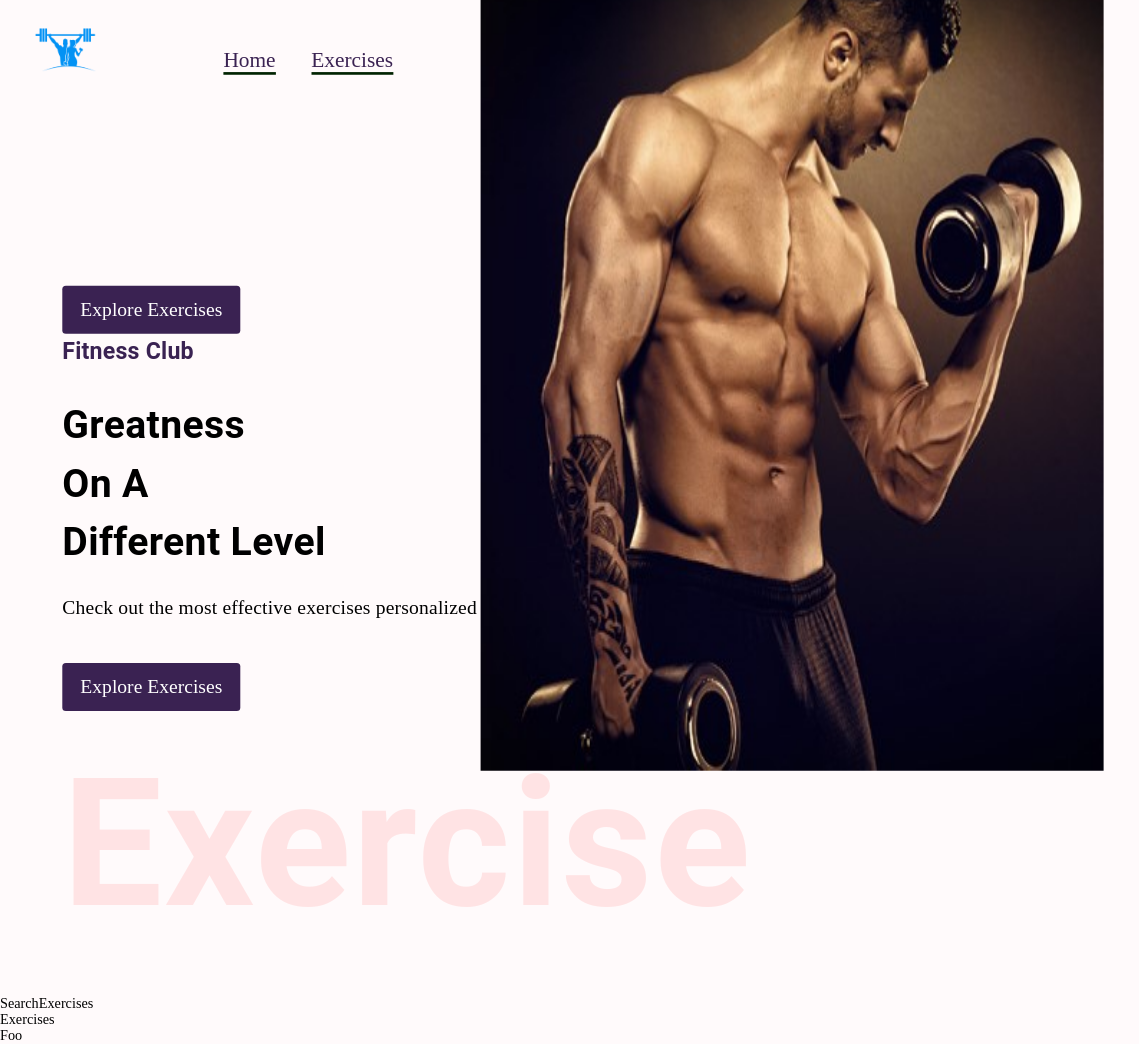
Repository: MhlengiNgubane/Workout-App
Page: /
These files come from the project's save history. The page is drawn as it stood at one moment and after a run of saves; the edit follows.
The browser window is 1280 px wide. The pictures show the whole page, at 89% of full size.
The project was rebuilt for these pictures with package versions that can differ from the ones it lists, and the page was loaded fresh each time. Also part of the build but not shown: src/pages/ExerciseDetail.js.

Above is the page before, as saved 2022-08-01 08:59:42.

### public/index.html
<!DOCTYPE html>
<html lang="en">
  <head>
    <meta charset="utf-8" />
    <link rel="icon" href="%PUBLIC_URL%/favicon.ico" />
    <meta name="viewport" content="width=device-width, initial-scale=1" />
    <meta name="theme-color" content="#000000" />
    <meta
      name="description"
      content="Web site created using create-react-app"
    />
    <link rel="apple-touch-icon" href="%PUBLIC_URL%/logo192.png" />
    <!--
      manifest.json provides metadata used when your web app is installed on a
      user's mobile device or desktop. See https://developers.google.com/web/fundamentals/web-app-manifest/
    -->
    <link rel="manifest" href="%PUBLIC_URL%/manifest.json" />
    <!--
      Notice the use of %PUBLIC_URL% in the tags above.
      It will be replaced with the URL of the `public` folder during the build.
      Only files inside the `public` folder can be referenced from the HTML.

      Unlike "/favicon.ico" or "favicon.ico", "%PUBLIC_URL%/favicon.ico" will
      work correctly both with client-side routing and a non-root public URL.
      Learn how to configure a non-root public URL by running `npm run build`.
    -->
    <title>MSN GYM</title>
  </head>
  <body>
    <noscript>You need to enable JavaScript to run this app.</noscript>
    <div id="root"></div>
    <!--
      This HTML file is a template.
      If you open it directly in the browser, you will see an empty page.

      You can add webfonts, meta tags, or analytics to this file.
      The build step will place the bundled scripts into the <body> tag.

      To begin the development, run `npm start` or `yarn start`.
      To create a production bundle, use `npm run build` or `yarn build`.
    -->
  </body>
</html>

### src/index.js
import React from 'react';
import ReactDOM from 'react-dom';
import App from './App';
import { BrowserRouter } from 'react-router-dom';

const root = ReactDOM.createRoot(document.getElementById('root'));

root.render(
    <React.StrictMode>
      <BrowserRouter>
        <App />
      </BrowserRouter>
    </React.StrictMode>,
  );

### src/components/Navbar.js
import React from 'react';
import { Link } from 'react-router-dom';
import { Stack } from '@mui/material';
import Logo from '../assets/images/Logo.png';

const Navbar = () => (
    <Stack direction="row" justifyContent="space-around" sx={{ gap: { sm: '123px', xs: '40px' }, mt: { sm: '32px', xs: '20px' }, justifyContent: 'none' }} px="20px">
        <Link to="/">
            <img src={Logo} alt="logo" style={{ width: '68px', height: '48px', margin: '0px 20px' }} />
        </Link>
        <Stack
            direction="row"
            gap="40px"
            fontFamily="Alegreya"
            fontSize="24px"
            alignItems="flex-end"
        >
            <Link to="/" style={{ textDecoration: 'none', color: '#3A2252', borderBottom: '3px solid #002300' }}>Home</Link>
            <a href="exercises" style={{ textDecoration: 'none', color: '#3A2252', borderBottom: '3px solid #002300' }}>Exercises</a>
        </Stack>
  </Stack>
);

export default Navbar;

### src/components/Footer.js
import React from 'react';

const Footer = () => {
    return (
        <div>Foo</div>
    )
};

export default Footer;

### src/components/Exercises.js
import React from 'react';

const Exercises = () => {
    return (
        <div>Exercises</div>
    )
};

export default Exercises;

### src/components/SearchExercises.js
import React from 'react';

const SearchExercises = () => {
    return (
        <div>SearchExercises</div>
    )
};

export default SearchExercises;

### src/components/HeroBanner.js
import React from 'react';
import { Box, Stack, Typography } from '@mui/material';
import HeroBannerImage from '../assets/images/banner.png';

const HeroBanner = () => (
  <Box sx={{ mt: { lg: '212px', xs: '70px' }, ml: { sm: '50px' } }} position="relative" p="20px">
    <Stack>
      <a href="exercises" style={{ marginTop: '5px', textDecoration: 'none', width: '200px', textAlign: 'center', background: '#3A2252', padding: '14px', fontSize: '22px', textTransform: 'none', color: 'white', borderRadius: '4px' }}>Explore Exercises</a>
    </Stack>
    <Typography color="#3A2252" fontWeight="600" fontSize="26px">Fitness Club</Typography>
    <Typography fontWeight={700} sx={{ fontSize: { lg: '44px', xs: '40px' } }} mb="23px" mt="30px">
      Greatness <br /> On A <br />
      Different Level
    </Typography>
    <Typography fontSize="22px" fontFamily="Alegreya" lineHeight="35px">
      Check out the most effective exercises personalized to you
    </Typography>
    <Stack>
      <a href="exercises" style={{ marginTop: '45px', textDecoration: 'none', width: '200px', textAlign: 'center', background: '#3A2252', padding: '14px', fontSize: '22px', textTransform: 'none', color: 'white', borderRadius: '4px' }}>Explore Exercises</a>
    </Stack>
    <Typography fontWeight={600} color="#FF2625" sx={{ opacity: '0.1', display: { lg: 'block', xs: 'none' }, fontSize: '200px' }}>
      Exercise
    </Typography>
    <img src={HeroBannerImage} alt="hero-banner" className="hero-banner-img" />
  </Box>
);

export default HeroBanner;

Loaded but not shown: src/App.js (common file); src/App.css (common file); src/pages/Home.js (common file)

After the next 3 saves:
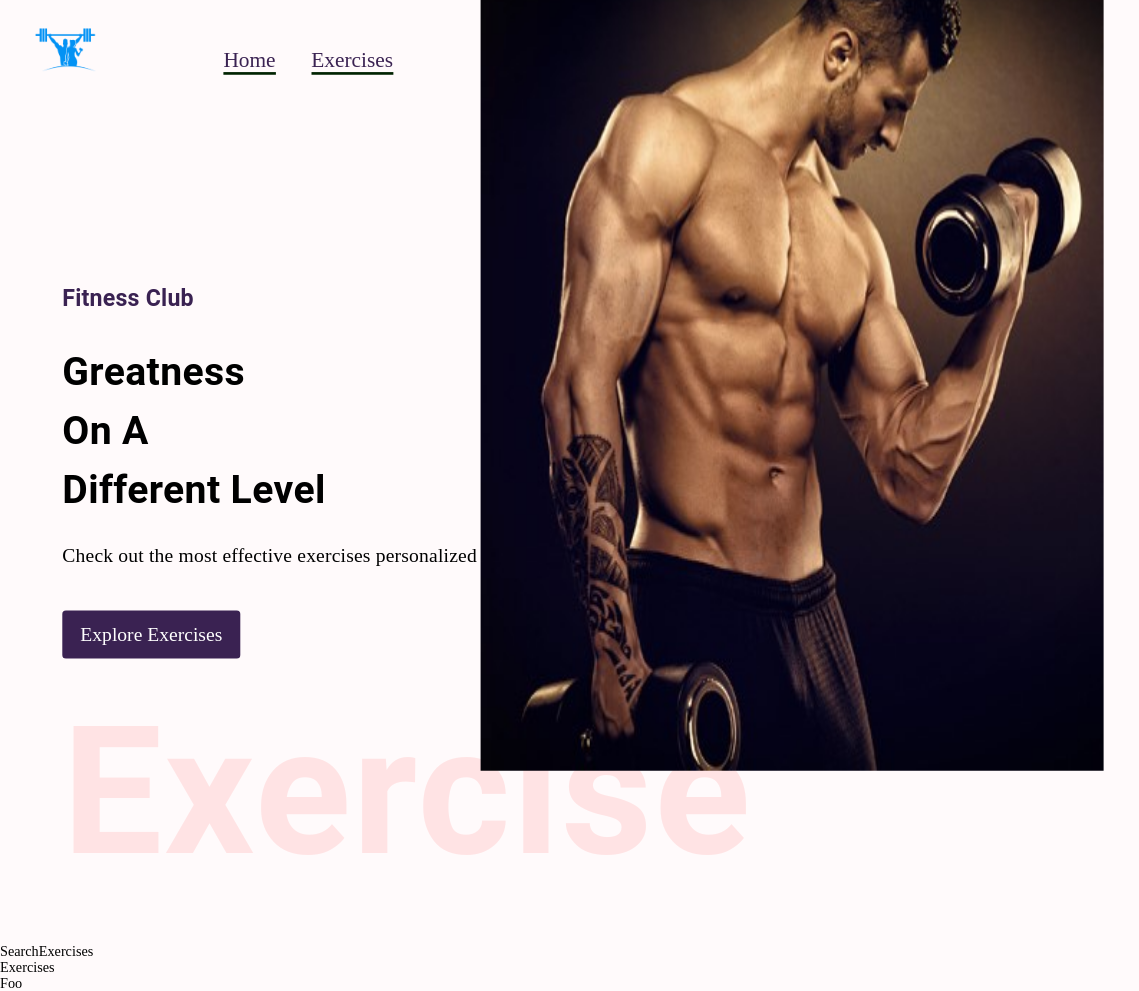
The 3 saves are shown as one change because they came seconds apart.
The last was saved 10 s later.
--- a/src/components/HeroBanner.js
+++ b/src/components/HeroBanner.js
@@ -4,9 +4,6 @@ import HeroBannerImage from '../assets/images/banner.png';
 
 const HeroBanner = () => (
   <Box sx={{ mt: { lg: '212px', xs: '70px' }, ml: { sm: '50px' } }} position="relative" p="20px">
-    <Stack>
-      <a href="exercises" style={{ marginTop: '5px', textDecoration: 'none', width: '200px', textAlign: 'center', background: '#3A2252', padding: '14px', fontSize: '22px', textTransform: 'none', color: 'white', borderRadius: '4px' }}>Explore Exercises</a>
-    </Stack>
     <Typography color="#3A2252" fontWeight="600" fontSize="26px">Fitness Club</Typography>
     <Typography fontWeight={700} sx={{ fontSize: { lg: '44px', xs: '40px' } }} mb="23px" mt="30px">
       Greatness <br /> On A <br />
